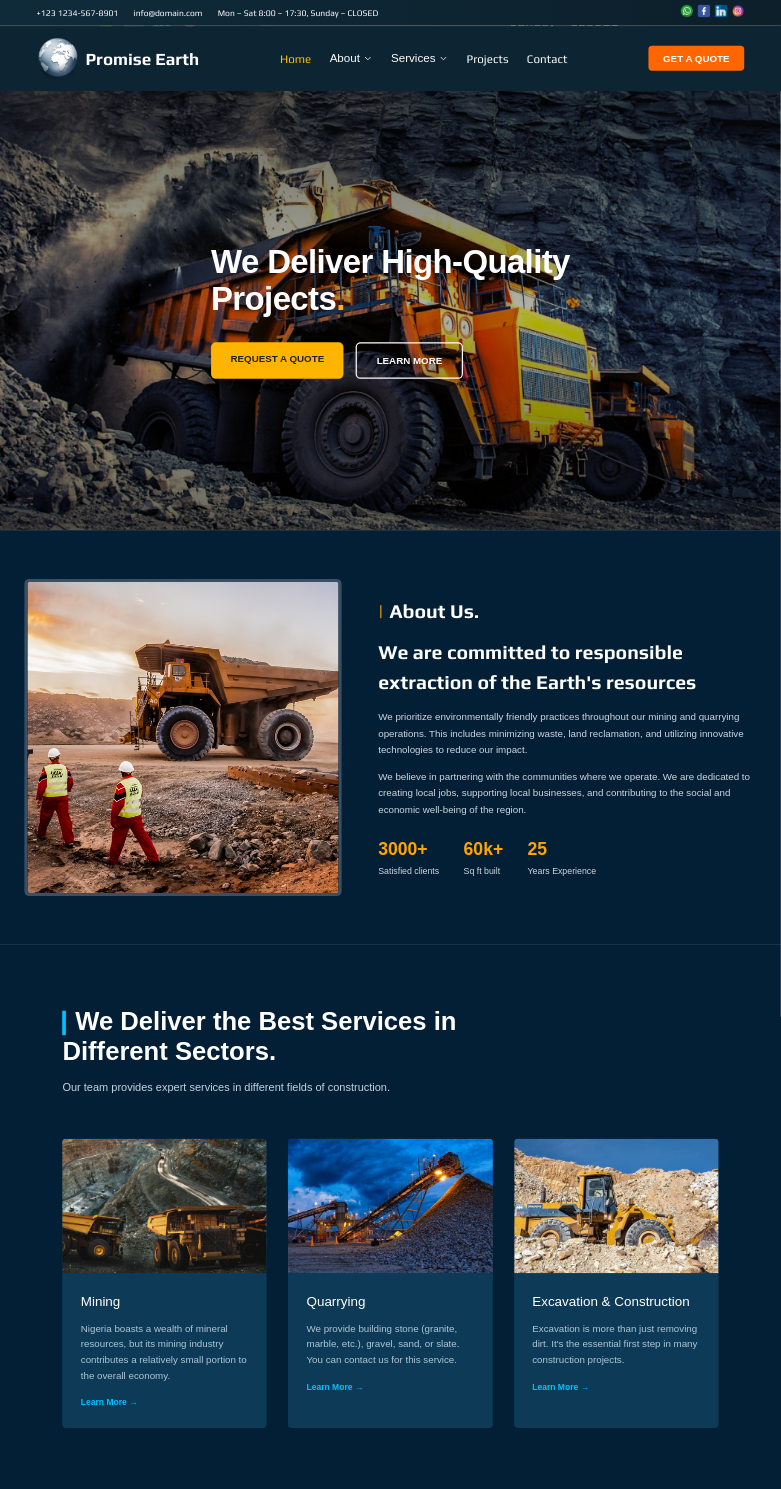
Repository: KC-Minchakpu/promise-earth
Page: /
The author's editor kept a copy of each file at every save. The page is drawn from the files as they stood at one save, then again after the next save.
The browser window is 1280 px wide. The pictures show the whole page, at 61% of full size.
The project was rebuilt for these pictures with package versions that can differ from the ones it lists, and the page was loaded fresh each time. The framework's server and built-in components were replaced by stand-ins that run in the browser. Also part of the build but not shown: next.config.ts.

Above is the page before, as saved 2026-02-26 16:18:20.

After the next save:
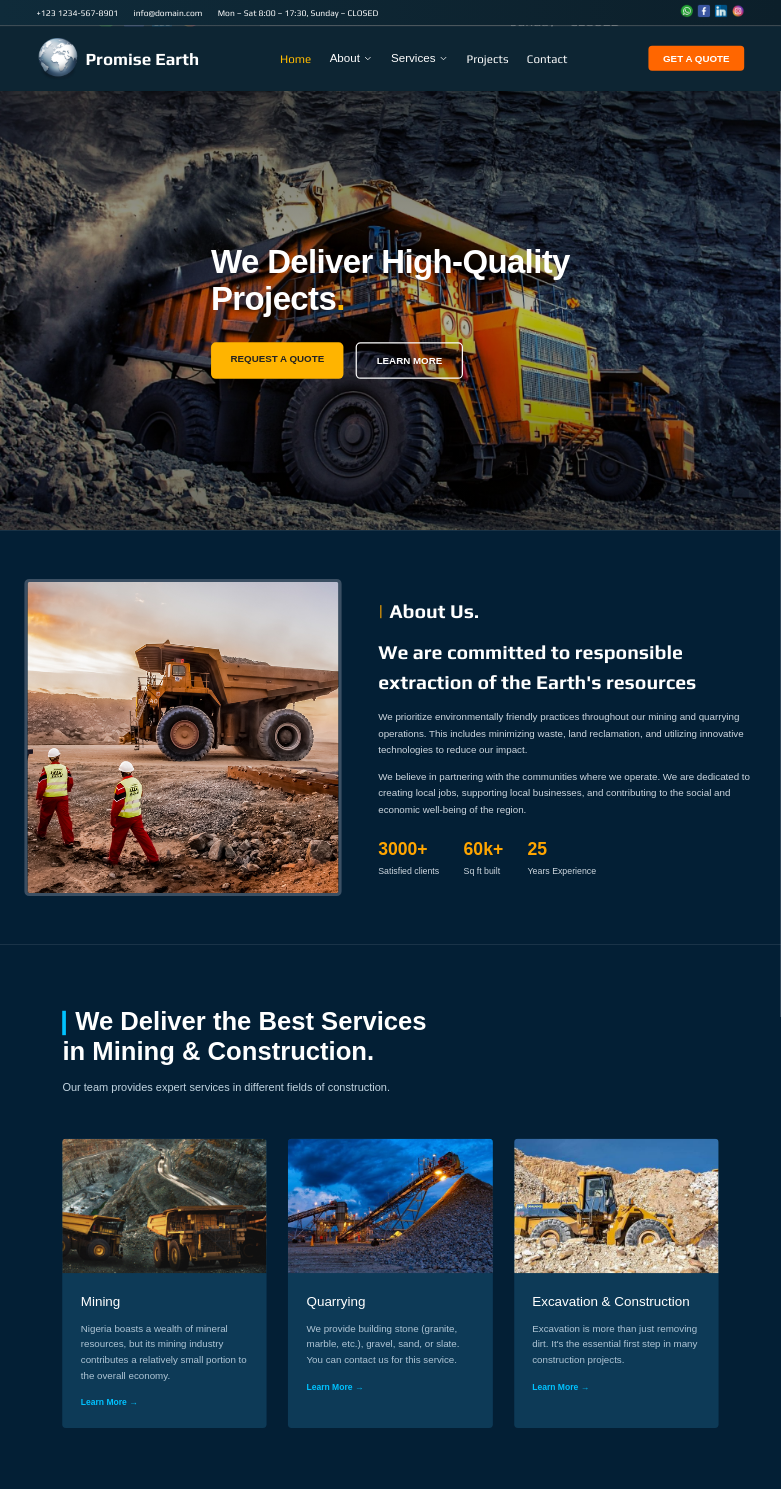
Saved 96 s later.
--- a/src/components/Services/ServicesSection.tsx
+++ b/src/components/Services/ServicesSection.tsx
@@ -37,7 +37,7 @@ export default function ServicesSection() {
         <div className={styles.header}>
           <h2>
             <span className={styles.accent}></span>
-            We Deliver the Best Services in Different Sectors.
+            We Deliver the Best Services <br /> in Mining & Construction.
           </h2>
           <p>
             Our team provides expert services in different fields of
